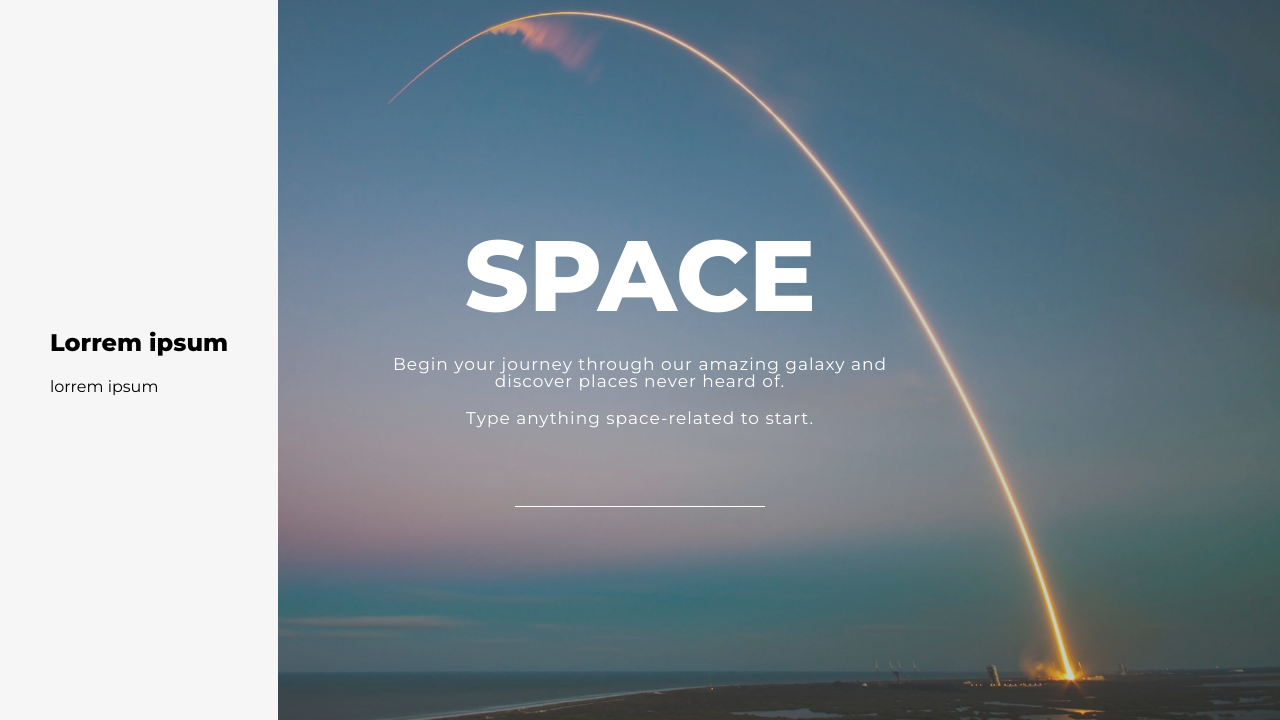
Repository: pmor80/spacer
Page: /
The author's editor kept a copy of each file at every save. The page is drawn from the files as they stood at one save, then again after the next save.
The browser window is 1280 px wide. The pictures show the whole page.
The project was rebuilt for these pictures with package versions that can differ from the ones it lists, and the page was loaded fresh each time. Also part of the build but not shown: src/components/Item.vue.

Above is the page before, as saved 2019-07-03 16:02:37.

After the next save:
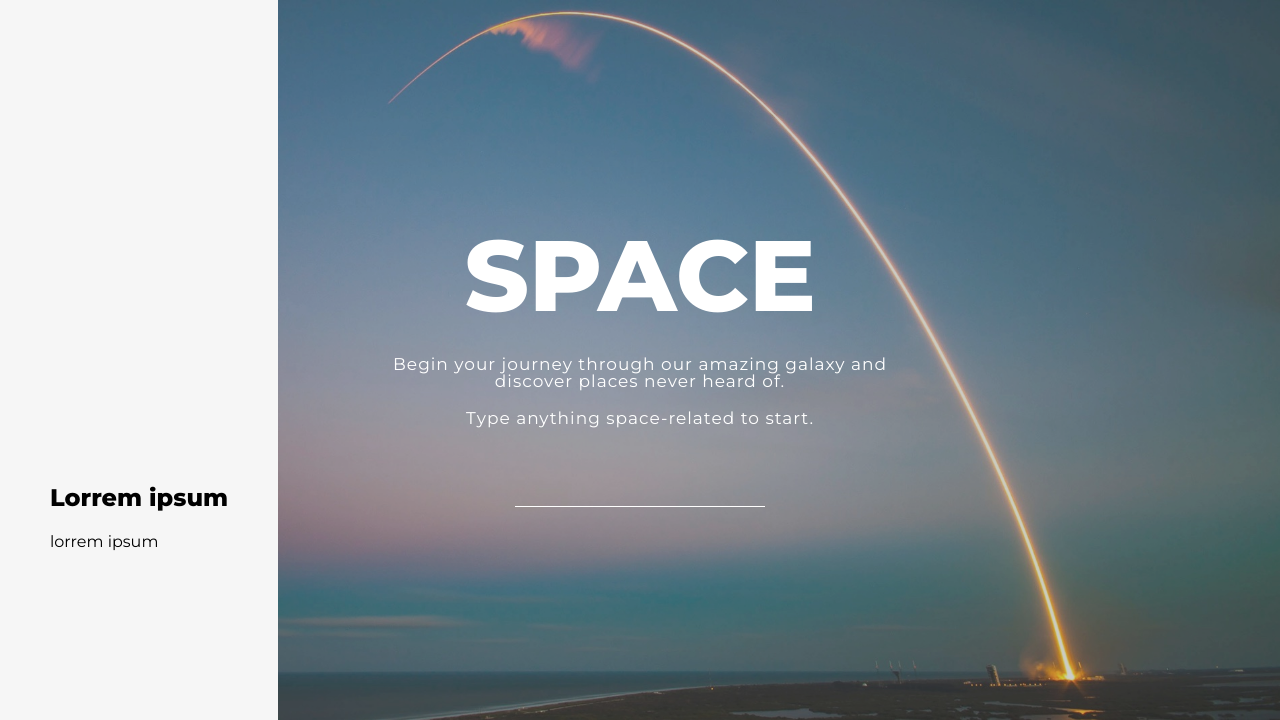
Saved 27 s later.
--- a/src/components/Modal.vue
+++ b/src/components/Modal.vue
@@ -34,5 +34,10 @@
   justify-content: center;
   align-items: center;
   flex-direction: column;
+
+  .photo {
+    width: 90%;
+    height: 50%;
+  }
 }
 </style>

After the save that followed:
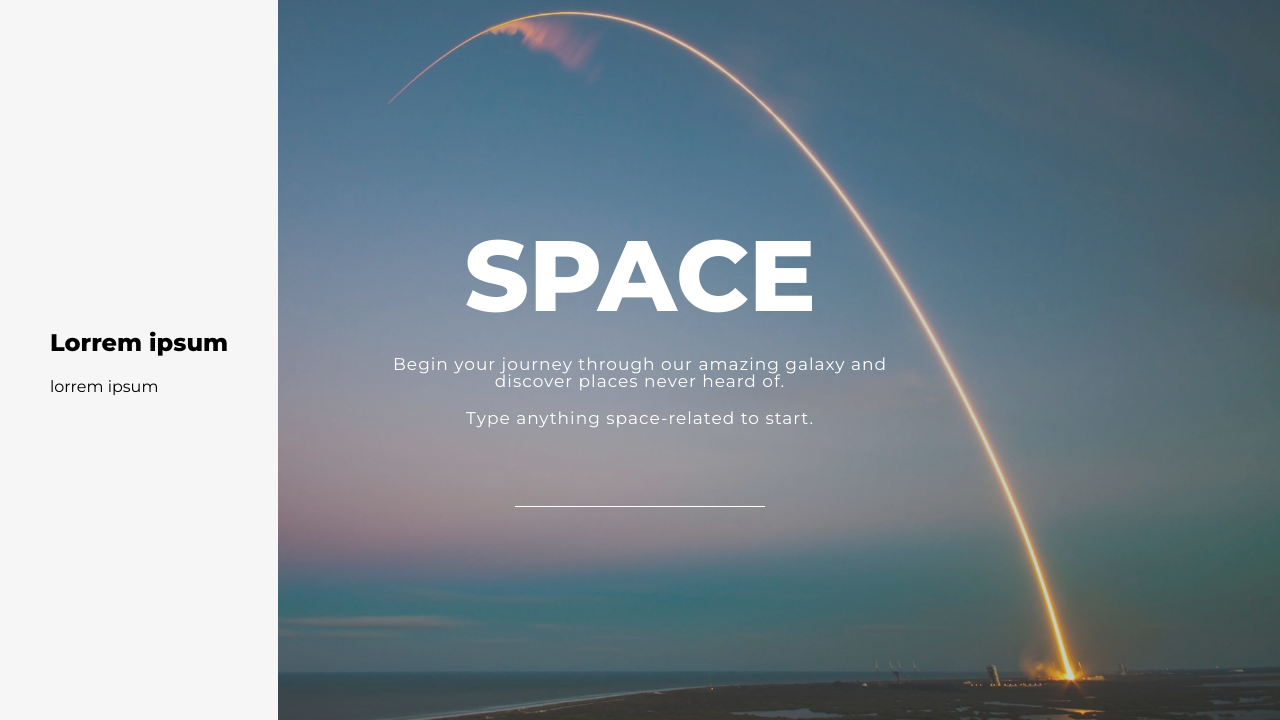
Saved 45 s later.
--- a/src/components/Modal.vue
+++ b/src/components/Modal.vue
@@ -36,8 +36,9 @@
   flex-direction: column;
 
   .photo {
-    width: 90%;
-    height: 50%;
+    max-width: 90%;
+    height: auto;
+    background: black;
   }
 }
 </style>
